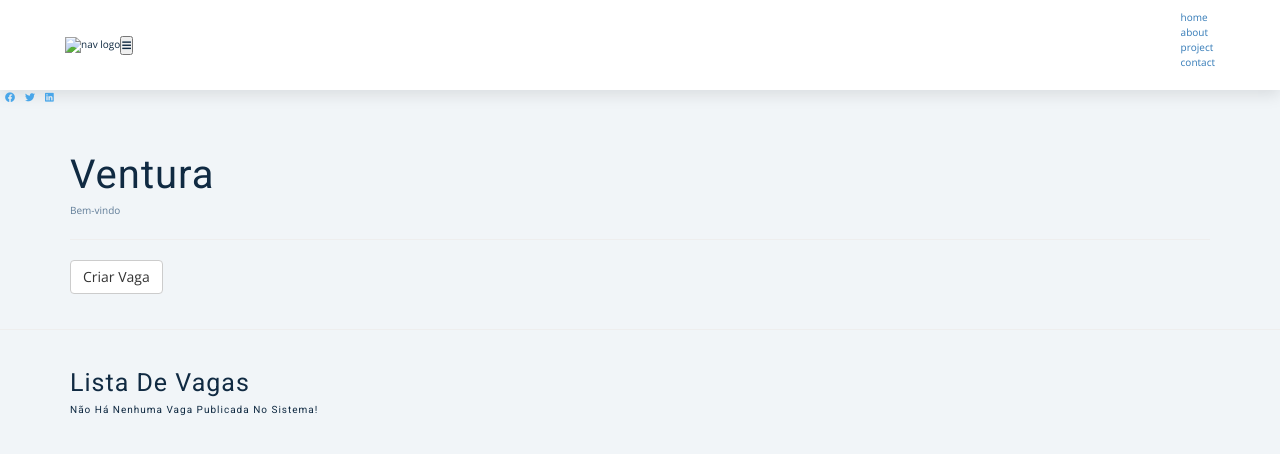
Repository: nmparfait/HumanResources-Ventura
Page: http://localhost/venturaWeb/WEB-INF/jsp/empresa/home.jsp
The author's editor kept a copy of each file at every save. The page is drawn from the files as they stood at one save, then again after the next save.
The browser window is 1280 px wide. The pictures show the whole page.
Some web libraries are served in a nearby version. The page is served by Tomcat 9. Nobody is signed in. Other server files are loaded and not shown. The template is opened directly, without the code that normally fills it, so the values that code supplies are empty.

Above is the page before, as saved 2021-09-27 09:54:06.
Not found: venturaWeb/venturaWeb/WEB-INF/jsp/empresa/images/logo-1.png

### venturaWeb/src/main/webapp/WEB-INF/jsp/empresa/home.jsp
<%@ taglib uri="http://java.sun.com/jsp/jstl/core" prefix="c" %>
<%@ page contentType="text/html;charset=UTF-8" language="java" %>
<!DOCTYPE html>
<html lang="en">
<head>
    <title>Bootstrap Example</title>
    <meta charset="utf-8">
    <meta name="viewport" content="width=device-width, initial-scale=1">
    <link rel="stylesheet" href="https://maxcdn.bootstrapcdn.com/bootstrap/3.4.1/css/bootstrap.min.css">
    <script src="https://ajax.googleapis.com/ajax/libs/jquery/3.5.1/jquery.min.js"></script>
    <script src="https://maxcdn.bootstrapcdn.com/bootstrap/3.4.1/js/bootstrap.min.js"></script>
</head>
<body>

<c:import url="/WEB-INF/jsp/app/menu.jsp"/>

<div class="container">
    <div class="page-header">
        <h1>Ventura</h1>
        <p>Bem-vindo ${usuario.razaoSocial}</p>
    </div>
    <div class="form-group">
        <form action="/postarVaga" method="get">
            <button type="submit" class="btn btn-default">Criar Vaga</button>
        </form>
    </div>
</div>
<hr>
<div class="container">
    <h2>Lista de Vagas</h2>

    <c:if test="${not empty vagas}">
        <table class="table table-bordered">
            <thead>
            <tr>
                <th>Id</th>
                <th>Cargo</th>
                <th>Cidade</th>
                <th>Tipo de Contrato</th>
            </tr>
            </thead>
            <tbody>
            <c:forEach var="vaga" items="${vagas}" varStatus="id">
                <tr>
                    <td>${vaga.id}</td>
                    <td>${vaga.cargo}</td>
                    <td>${vaga.cidade}</td>
                    <td>${vaga.tipoDeContrato}</td>
                </tr>
            </c:forEach>
            </tbody>
        </table>
    </c:if>

    <c:if test="${empty vagas}">
        <h4>Não há nenhuma vaga publicada no sistema!</h4>
    </c:if>
</div>

</body>
</html>

### venturaWeb/src/main/webapp/WEB-INF/jsp/app/menu.jsp
<%@ page contentType="text/html;charset=UTF-8" language="java" %>
<%@ taglib uri="http://java.sun.com/jsp/jstl/core" prefix="c"%>
<html>
	<head>
    <meta charset="UTF-8" />
    <meta http-equiv="X-UA-Compatible" content="IE=edge" />
    <meta name="viewport" content="width=device-width, initial-scale=1.0" />
    <title>NavBar</title>
    <!-- font awesome -->
    <link
      rel="stylesheet"
      href="https://cdnjs.cloudflare.com/ajax/libs/font-awesome/5.14.0/css/all.min.css"
    />
    <!-- style -->
    <link rel="stylesheet" href="css/styles.css" />
  </head>
  <body>
    <!-- <h1>navbar project</h1> -->
    <nav class="nav" id="nav">
      <div class="nav-center">
        <!-- nav header -->
        <div class="nav-header">
          <img src="./images/logo-1.png" class="nav-logo" alt="nav logo" />
          <button class="nav-btn" id="nav-btn">
            <i class="fas fa-bars"></i>
          </button>
        </div>

        <!-- nav-links  -->
        <ul class="nav-links">
          <li>
            <a href="index.html" class="">home</a>
          </li>
          <li>
            <a href="about.html" class="">about</a>
          </li>
          <li>
            <a href="project.html" class="">project</a>
          </li>
          <li>
            <a href="contact.html" class="">contact</a>
          </li>
        </ul>
      </div>
    </nav>
        <!-- social media -->
        <ul class="social-icons">
          <li>
            <a href="https://www.twitter.com">
              <i class="fab fa-facebook"></i>
            </a>
          </li>
          <li>
            <a href="https://www.twitter.com">
              <i class="fab fa-twitter"></i>
            </a>
          </li>
          <li>
            <a href="https://www.twitter.com">
              <i class="fab fa-linkedin"></i>
            </a>
          </li>

        </ul>
      </div>
    </nav>
	</body>
</html>

### venturaWeb/src/main/webapp/css/styles.css
/*
===============
Fonts
===============
*/
@import url('https://fonts.googleapis.com/css?family=Open+Sans|Roboto:400,700&display=swap');

/*
===============
Variables
===============
*/

:root {
  /* dark shades of primary color*/
  --clr-primary-1: hsl(205, 86%, 17%);
  --clr-primary-2: hsl(205, 77%, 27%);
  --clr-primary-3: hsl(205, 72%, 37%);
  --clr-primary-4: hsl(205, 63%, 48%);
  /* primary/main color */
  --clr-primary-5: hsl(205, 78%, 60%);
  /* lighter shades of primary color */
  --clr-primary-6: hsl(205, 89%, 70%);
  --clr-primary-7: hsl(205, 90%, 76%);
  --clr-primary-8: hsl(205, 86%, 81%);
  --clr-primary-9: hsl(205, 90%, 88%);
  --clr-primary-10: hsl(205, 100%, 96%);
  /* darkest grey - used for headings */
  --clr-grey-1: hsl(209, 61%, 16%);
  --clr-grey-2: hsl(211, 39%, 23%);
  --clr-grey-3: hsl(209, 34%, 30%);
  --clr-grey-4: hsl(209, 28%, 39%);
  /* grey used for paragraphs */
  --clr-grey-5: hsl(210, 22%, 49%);
  --clr-grey-6: hsl(209, 23%, 60%);
  --clr-grey-7: hsl(211, 27%, 70%);
  --clr-grey-8: hsl(210, 31%, 80%);
  --clr-grey-9: hsl(212, 33%, 89%);
  --clr-grey-10: hsl(210, 36%, 96%);
  --clr-white: #fff;
  --clr-red-dark: hsl(360, 67%, 44%);
  --clr-red-light: hsl(360, 71%, 66%);
  --clr-green-dark: hsl(125, 67%, 44%);
  --clr-green-light: hsl(125, 71%, 66%);
  --clr-black: #222;
  --ff-primary: 'Roboto', sans-serif;
  --ff-secondary: 'Open Sans', sans-serif;
  --transition: all 0.3s linear;
  --spacing: 0.1rem;
  --radius: 0.25rem;
  --light-shadow: 0 5px 15px rgba(0, 0, 0, 0.1);
  --dark-shadow: 0 5px 15px rgba(0, 0, 0, 0.2);
  --max-width: 1170px;
  --fixed-width: 620px;
}
/*
===============
Global Styles
===============
*/

*,
::before,
::after {
  margin: 0;
  padding: 0;
  box-sizing: border-box;
}

body {
  font-family: var(--ff-secondary);
  background: var(--clr-grey-10);
  color: var(--clr-grey-1);
  line-height: 1.5;
  font-size: 0.875rem;
}

ul {
  list-style-type: none;
}

a {
  text-decoration: none;
}

h1,
h2,
h3,
h4 {
  letter-spacing: var(--spacing);
  text-transform: capitalize;
  line-height: 1.25;
  margin-bottom: 0.75rem;
  font-family: var(--ff-primary);
}

h1 {
  font-size: 3rem;
}

h2 {
  font-size: 2rem;
}
h3 {
  font-size: 1.25rem;
}
h4 {
  font-size: 0.875rem;
}
p {
  margin-bottom: 1.25rem;
  color: var(--clr-grey-5);
}

/* small screen */
@media screen and (min-width: 800px) {
  h1 {
    font-size: 4rem;
  }

  h2 {
    font-size: 2.5rem;
  }

  h3 {
    font-size: 1.75rem;
  }

  h4 {
    font-size: 1rem;
  }

  body {
    font-size: 1rem;
  }
  h1,
  h2,
  h3,
  h4 {
    line-height: 1;
  }
}

/* global classes */

/* section */
.section {
  padding: 5rem 0;
}

.section-center {
  width: 90vw;
  margin: 0 auto;
  max-width: 1170px;
}

@media screen and (min-width: 992px) {
  .section-center {
    width: 95vw;
  }
}

main {
  min-height: 100vh;
  display: grid;
  place-items: center;
}

/*
===============
Navbar
===============
*/
nav {
  background: var(--clr-white);
  box-shadow: var(--light-shadow);
}
.nav-header {
  display: flex;
  align-items: center;
  justify-content: space-between;
  padding: 1rem;
}
.nav-toggle {
  font-size: 1.5rem;
  color: var(--clr-primary-5);
  background: transparent;
  border-color: transparent;
  transition: var(--transition);
  cursor: pointer;
}
.nav-toggle:hover {
  color: var(--clr-primary-1);
  transform: rotate(90deg);
}
.logo {
  height: 150px;
  width: 150px;
  border-radius: 50%;
}
.links a {
  color: var(--clr-grey-3);
  font-size: 1rem;
  text-transform: capitalize;
  letter-spacing: var(--spacing);
  display: block;
  padding: 0.5rem 1rem;
  transition: var(--transition);
}
.links a:hover {
  background: var(--clr-primary-8);
  color: var(--clr-primary-5);
  padding-left: 1.5rem;
}
.social-icons {
  display: none;
}
.links {
  height: 0;
  overflow: hidden;
  transition: var(--transition);
}
.show-links {
  height: 10rem;
}
@media screen and (min-width: 800px) {
  .nav-center {
    max-width: 1170px;
    margin: 0 auto;
    display: flex;
    align-items: center;
    justify-content: space-between;
    padding: 1rem;
  }
  .nav-header {
    padding: 0;
  }
  .nav-toggle {
    display: none;
  }
  .links {
    height: auto;
    display: flex;
  }
  .links a {
    padding: 0;
    margin: 0 0.5rem;
  }
  .links a:hover {
    padding: 0;
    background: transparent;
  }
  .social-icons {
    display: flex;
  }
  .social-icons a {
    margin: 0 0.5rem;
    color: var(--clr-primary-5);
    transition: var(--transition);
  }
  .social-icons a:hover {
    color: var(--clr-primary-7);
  }
}

After the next save:
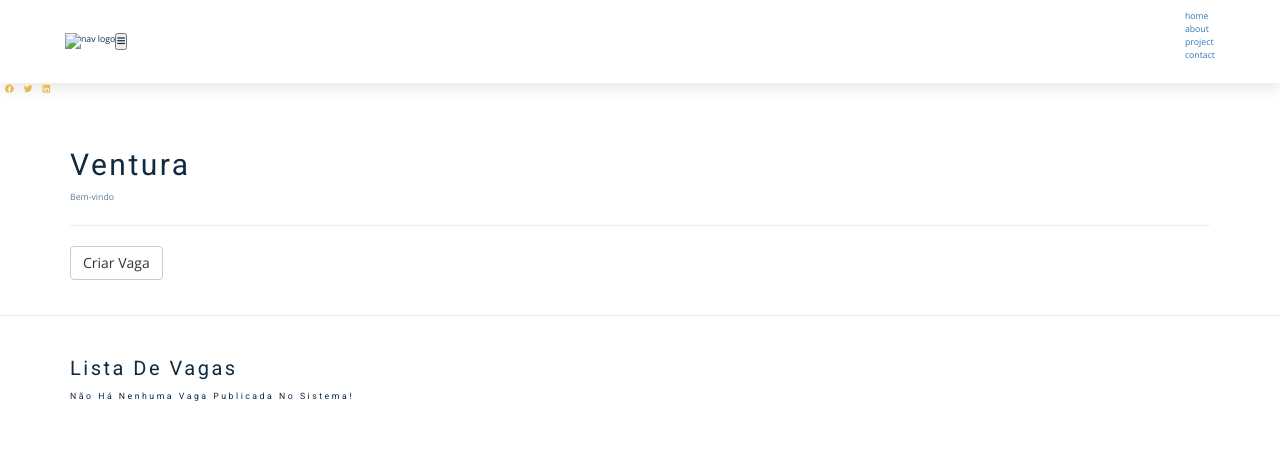
Saved 85 s later.
--- a/venturaWeb/src/main/webapp/css/styles.css
+++ b/venturaWeb/src/main/webapp/css/styles.css
@@ -13,18 +13,18 @@ Variables
 
 :root {
   /* dark shades of primary color*/
-  --clr-primary-1: hsl(205, 86%, 17%);
-  --clr-primary-2: hsl(205, 77%, 27%);
-  --clr-primary-3: hsl(205, 72%, 37%);
-  --clr-primary-4: hsl(205, 63%, 48%);
+  --clr-primary-1: hsl(43, 86%, 17%);
+  --clr-primary-2: hsl(43, 77%, 27%);
+  --clr-primary-3: hsl(43, 72%, 37%);
+  --clr-primary-4: hsl(42, 63%, 48%);
   /* primary/main color */
-  --clr-primary-5: hsl(205, 78%, 60%);
+  --clr-primary-5: hsl(42, 78%, 60%);
   /* lighter shades of primary color */
-  --clr-primary-6: hsl(205, 89%, 70%);
-  --clr-primary-7: hsl(205, 90%, 76%);
-  --clr-primary-8: hsl(205, 86%, 81%);
-  --clr-primary-9: hsl(205, 90%, 88%);
-  --clr-primary-10: hsl(205, 100%, 96%);
+  --clr-primary-6: hsl(43, 89%, 70%);
+  --clr-primary-7: hsl(43, 90%, 76%);
+  --clr-primary-8: hsl(45, 86%, 81%);
+  --clr-primary-9: hsl(45, 90%, 88%);
+  --clr-primary-10: hsl(45, 100%, 96%);
   /* darkest grey - used for headings */
   --clr-grey-1: hsl(209, 61%, 16%);
   --clr-grey-2: hsl(211, 39%, 23%);
@@ -38,20 +38,14 @@ Variables
   --clr-grey-9: hsl(212, 33%, 89%);
   --clr-grey-10: hsl(210, 36%, 96%);
   --clr-white: #fff;
-  --clr-red-dark: hsl(360, 67%, 44%);
-  --clr-red-light: hsl(360, 71%, 66%);
-  --clr-green-dark: hsl(125, 67%, 44%);
-  --clr-green-light: hsl(125, 71%, 66%);
-  --clr-black: #222;
   --ff-primary: 'Roboto', sans-serif;
   --ff-secondary: 'Open Sans', sans-serif;
   --transition: all 0.3s linear;
-  --spacing: 0.1rem;
-  --radius: 0.25rem;
+  --spacing: 0.25rem;
+  --radius: 0.5rem;
   --light-shadow: 0 5px 15px rgba(0, 0, 0, 0.1);
   --dark-shadow: 0 5px 15px rgba(0, 0, 0, 0.2);
   --max-width: 1170px;
-  --fixed-width: 620px;
 }
 /*
 ===============
@@ -60,27 +54,28 @@ Global Styles
 */
 
 *,
-::before,
-::after {
+::after,
+::before {
   margin: 0;
   padding: 0;
   box-sizing: border-box;
 }
-
 body {
   font-family: var(--ff-secondary);
-  background: var(--clr-grey-10);
+  background: var(--clr-white);
   color: var(--clr-grey-1);
   line-height: 1.5;
   font-size: 0.875rem;
 }
-
 ul {
   list-style-type: none;
 }
-
 a {
   text-decoration: none;
+}
+img:not(.nav-logo) {
+  width: 100%;
+  display: block;
 }
 
 h1,
@@ -93,11 +88,9 @@ h4 {
   margin-bottom: 0.75rem;
   font-family: var(--ff-primary);
 }
-
 h1 {
   font-size: 3rem;
 }
-
 h2 {
   font-size: 2rem;
 }
@@ -111,36 +104,6 @@ p {
   margin-bottom: 1.25rem;
   color: var(--clr-grey-5);
 }
-
-/* small screen */
-@media screen and (min-width: 800px) {
-  h1 {
-    font-size: 4rem;
-  }
-
-  h2 {
-    font-size: 2.5rem;
-  }
-
-  h3 {
-    font-size: 1.75rem;
-  }
-
-  h4 {
-    font-size: 1rem;
-  }
-
-  body {
-    font-size: 1rem;
-  }
-  h1,
-  h2,
-  h3,
-  h4 {
-    line-height: 1;
-  }
-}
-
 /* global classes */
 
 /* section */
